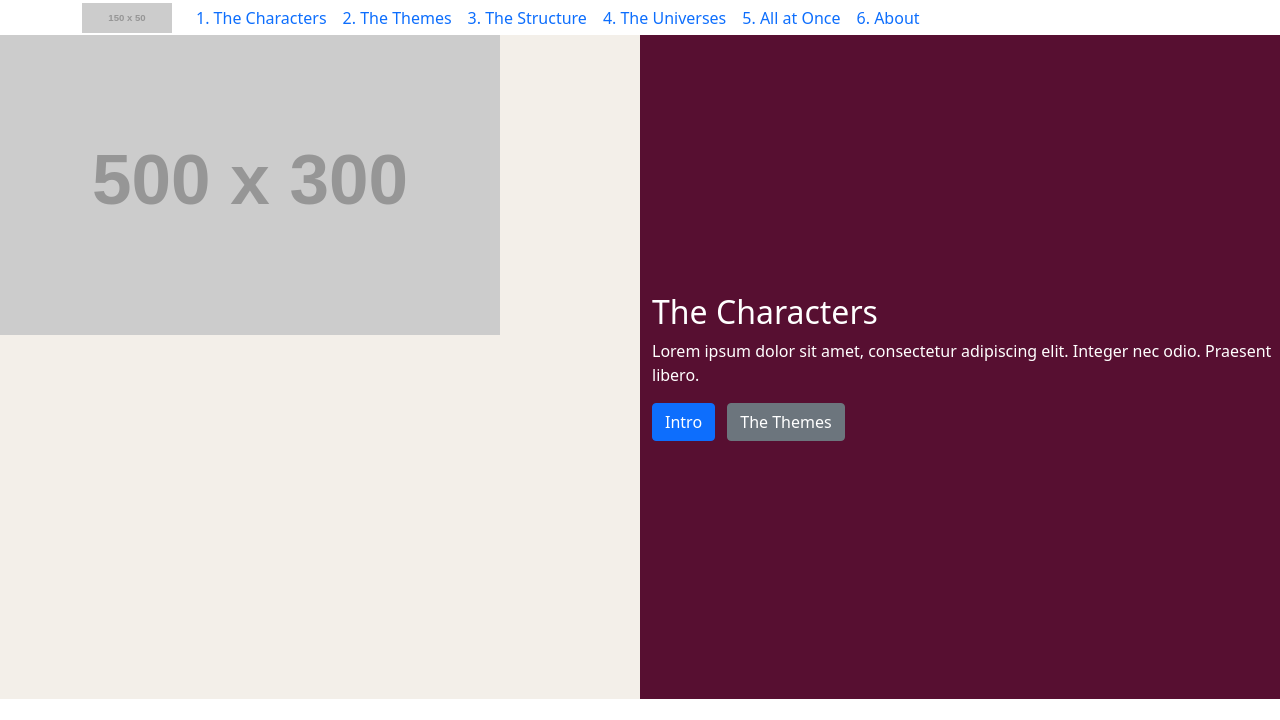
Repository: angelica-hom/msdv-thesis
Page: characters.html
The author's editor kept a record of every edit. The page is drawn from the files as they stood at one moment, then again after the next edit.
The browser window is 1280 px wide. The pictures show the whole page.

Above is the page before.

After the next edit:
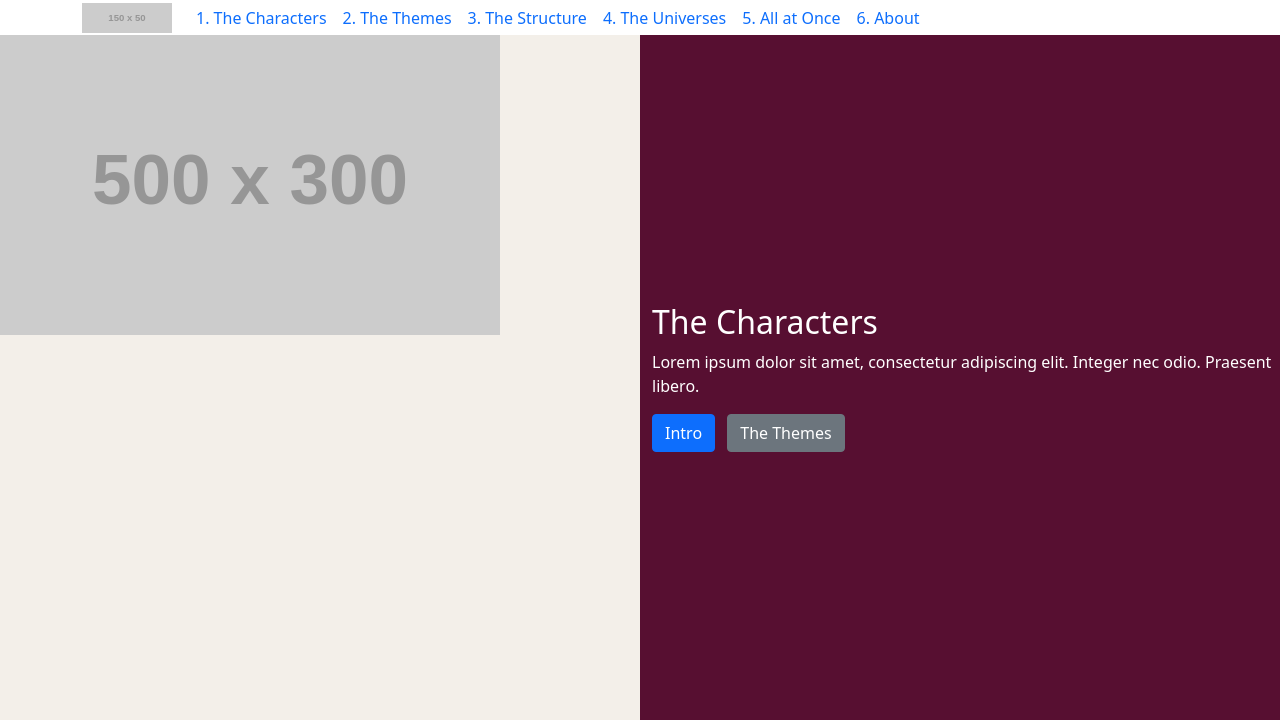
The edit:
--- a/characters.css
+++ b/characters.css
@@ -11,7 +11,7 @@
 }
 
 .container-fluid {
-    height: calc(100% - 56px); /* Subtract navbar height */
+    height: calc(100% - 35px); /* Subtract navbar height */
     padding: 0;
 }
 
